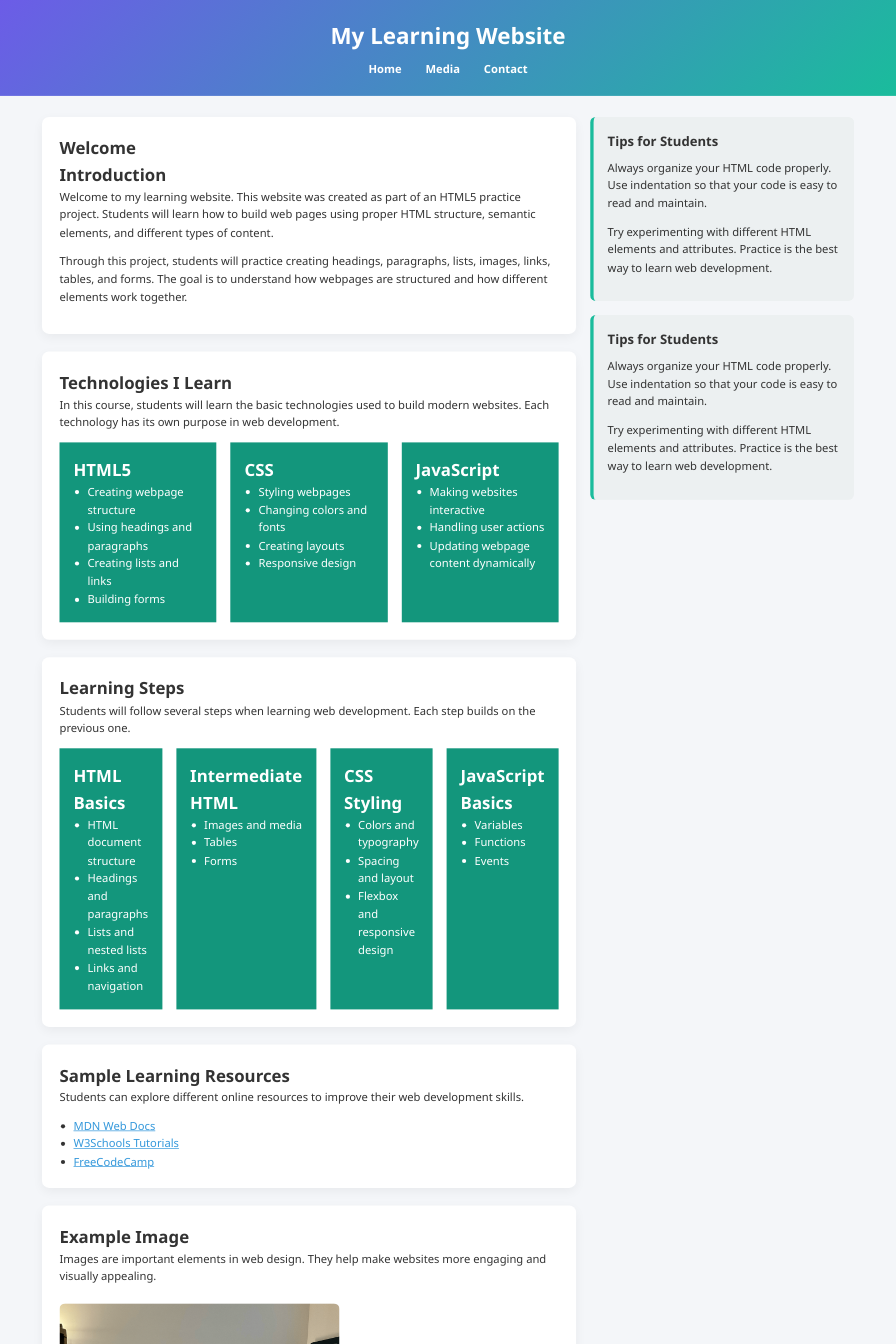
Repository: Than-sothearak/web_client_programing
Page: Week_03/index.html
These files come from the project's save history. The page is drawn as it stood at one moment and after the next save; the edit follows.
The browser window is 1280 px wide. The pictures show the part of the page from y = 0 to 1920 px (the page is 2722 px tall), at 70% of full size.

Above is the page before, as saved 2026-03-24 22:06:01.

### Week_03/index.html
<!doctype html>
<html lang="en">
  <head>
    <meta charset="UTF-8" />
    <meta name="viewport" content="width=device-width, initial-scale=1.0" />
    <title>Week 3</title>
    <link rel="stylesheet" href="styles.css" />
  </head>
  <body>
    <header>
      <h1>My Learning Website</h1>

      <nav>
        <ul>
          <li><a href="index.html">Home</a></li>
          <li><a href="gallery.html">Media</a></li>
          <li><a href="contact.html">Contact</a></li>
        </ul>
      </nav>
    </header>

    <main>
      <div>
        <section>
          <h2>Welcome</h2>

          <article>
            <h2>Introduction</h2>
            <p>
              Welcome to my learning website. This website was created as part
              of an HTML5 practice project. Students will learn how to build web
              pages using proper HTML structure, semantic elements, and
              different types of content.
            </p>

            <p>
              Through this project, students will practice creating headings,
              paragraphs, lists, images, links, tables, and forms. The goal is
              to understand how webpages are structured and how different
              elements work together.
            </p>
          </article>
        </section>

        <section>
          <h2>Technologies I Learn</h2>

          <p>
            In this course, students will learn the basic technologies used to
            build modern websites. Each technology has its own purpose in web
            development.
          </p>

          <ul class="card-container">
            <li class="card">
              <h2>HTML5</h2>
              <ul>
                <li>Creating webpage structure</li>
                <li>Using headings and paragraphs</li>
                <li>Creating lists and links</li>
                <li>Building forms</li>
              </ul>
            </li>

            <li class="card">
              <h2>CSS</h2>
              <ul>
                <li>Styling webpages</li>
                <li>Changing colors and fonts</li>
                <li>Creating layouts</li>
                <li>Responsive design</li>
              </ul>
            </li>

            <li class="card">
              <h2>JavaScript</h2>
              <ul>
                <li>Making websites interactive</li>
                <li>Handling user actions</li>
                <li>Updating webpage content dynamically</li>
              </ul>
            </li>
          </ul>
        </section>

        <section>
          <h2>Learning Steps</h2>

          <p>
            Students will follow several steps when learning web development.
            Each step builds on the previous one.
          </p>

          <ol class="card-container">
            <li class="card">
              <h2>HTML Basics</h2>
              <ul>
                <li>HTML document structure</li>
                <li>Headings and paragraphs</li>
                <li>Lists and nested lists</li>
                <li>Links and navigation</li>
              </ul>
            </li>

            <li class="card">
              <h2>Intermediate HTML</h2>
              <ul>
                <li>Images and media</li>
                <li>Tables</li>
                <li>Forms</li>
              </ul>
            </li>

            <li class="card">
              <h2>CSS Styling</h2>
              <ul>
                <li>Colors and typography</li>
                <li>Spacing and layout</li>
                <li>Flexbox and responsive design</li>
              </ul>
            </li>

            <li class="card">
              <h2>JavaScript Basics</h2>
              <ul>
                <li>Variables</li>
                <li>Functions</li>
                <li>Events</li>
              </ul>
            </li>
          </ol>
        </section>

        <section>
          <h2>Sample Learning Resources</h2>

          <p>
            Students can explore different online resources to improve their web
            development skills.
          </p>

          <ul>
            <li>
              <a href="https://developer.mozilla.org" target="_blank">
                MDN Web Docs
              </a>
            </li>

            <li>
              <a href="https://www.w3schools.com" target="_blank">
                W3Schools Tutorials
              </a>
            </li>

            <li>
              <a href="https://www.freecodecamp.org" target="_blank">
                FreeCodeCamp
              </a>
            </li>
          </ul>
        </section>

        <section>
          <h2>Example Image</h2>

          <p>
            Images are important elements in web design. They help make websites
            more engaging and visually appealing.
          </p>

          <img src="../images/computer.png" alt="Computer setup" width="400" />
        </section>

        <section>
          <h2>Example Table</h2>

          <p>
            Tables are useful for displaying structured information such as
            schedules, scores, or product lists.
          </p>

          <table>
            <tr>
              <th>Topic</th>
              <th>Description</th>
              <th>Difficulty</th>
            </tr>

            <tr>
              <td>HTML</td>
              <td>Structure of webpages</td>
              <td>Beginner</td>
            </tr>

            <tr>
              <td>CSS</td>
              <td>Styling webpages</td>
              <td>Beginner</td>
            </tr>

            <tr>
              <td>JavaScript</td>
              <td>Web interactivity</td>
              <td>Intermediate</td>
            </tr>
          </table>
        </section>
      </div>

      <aside>
        <div class="aside-card">
          <h3>Tips for Students</h3>

          <p>
            Always organize your HTML code properly. Use indentation so that
            your code is easy to read and maintain.
          </p>

          <p>
            Try experimenting with different HTML elements and attributes.
            Practice is the best way to learn web development.
          </p>
        </div>

        <div class="aside-card">
          <h3>Tips for Students</h3>

          <p>
            Always organize your HTML code properly. Use indentation so that
            your code is easy to read and maintain.
          </p>

          <p>
            Try experimenting with different HTML elements and attributes.
            Practice is the best way to learn web development.
          </p>
        </div>
      </aside>
    </main>
    <footer>
      <p>© 2026 Student Learning Website</p>
    </footer>
  </body>
</html>

### Week_03/styles.css
/* Reset basic spacing */

/* Reset */

* {
  margin: 0;
  padding: 0;
  box-sizing: border-box;
}

/* Body */

body {
  font-family: "Segoe UI", Arial, sans-serif;
  background: #f4f6f9;
  color: #333;
  line-height: 1.6;
}


/* Header */

header {
  background: linear-gradient(135deg, #6c5ce7, #1abc9c);
  color: white;
  padding: 25px 20px;
  text-align: center;
}

/* Navigation */

nav ul {
  list-style: none;
  margin-top: 10px;
}

nav ul li {
  display: inline-block;
  margin: 0 15px;
}

nav a {
  color: white;
  text-decoration: none;
  font-weight: 600;
  transition: 0.3s;
}

nav a:hover {
  color: #1abc9c;
}

/* Main container */

main {
  display: flex;
   max-width: 1200px;
   gap: 20px;
  margin: auto;
  padding: 30px 20px;
}


/* Section cards */

section {
  background: white;
  padding: 25px;
  margin-bottom: 25px;
  border-radius: 10px;
  box-shadow: 0 5px 15px rgba(0, 0, 0, 0.05);
}

/* Headings */

h1 {
  font-size: 32px;
  margin-bottom: 10px;
}

h3 {
  margin-bottom: 10px;
}

/* Paragraph */

p {
  margin-bottom: 15px;
}

/* Lists */

.card-container {
  display: flex;
  gap: 20px;
  list-style: none;
}

.card-container li {
  margin-left: 0px;
}

.card {
  padding: 20px;
  color: white;
  width: 100%;
  background-color: #13967c;
}
.card li {
  margin-left: 20px;
}

li {
  margin-left: 20px;
  list-style: disc;
}

/* Links */

a {
  color: #3498db;
}

a:hover {
  text-decoration: underline;
}

/* Image styling */

img {
  max-width: 100%;
  height: auto;
  border-radius: 8px;
  margin-top: 10px;
}

/* Table */

table {
  width: 100%;
  border-collapse: collapse;
  margin-top: 10px;
}

th,
td {
  padding: 12px;
  text-align: left;
  border-bottom: 1px solid #ddd;
}

th {
  background: #1abc9c;
  color: white;
}

tr:hover {
  background: #f1f1f1;
}

/* Aside */

aside {
display: flex;
flex-direction: column;
gap: 20px;
}

.aside-card {
  background: #ecf0f1;
  padding: 20px;
  border-left: 5px solid #1abc9c;
  border-radius: 8px;

}


/* Footer */

footer {
  text-align: center;
  background: #1abc9c;
  color: white;
  padding: 15px;
  margin-top: 20px;
}

/* Responsive Design */

@media (max-width: 768px) {
  nav ul li {
    display: block;
    margin: 10px 0;
  }

  main {
    padding: 20px 15px;
  }

  h1 {
    font-size: 26px;
  }
}

.images-gallery {
  width: 100%;
  display: flex;
  flex-wrap: wrap;
  gap: 20px;
}

.images-gallery figure {
  flex: 1 1 calc(50% - 20px);
}

.images-gallery img {
  width: 100%;
  height: auto;
}

figcaption {
  margin-top: 8px;
  font-size: 14px;
  color: #555;
}

@media (max-width: 768px) {
  .images-gallery {
    flex-direction: column;
    align-items: center;
  }
}

After the next save:
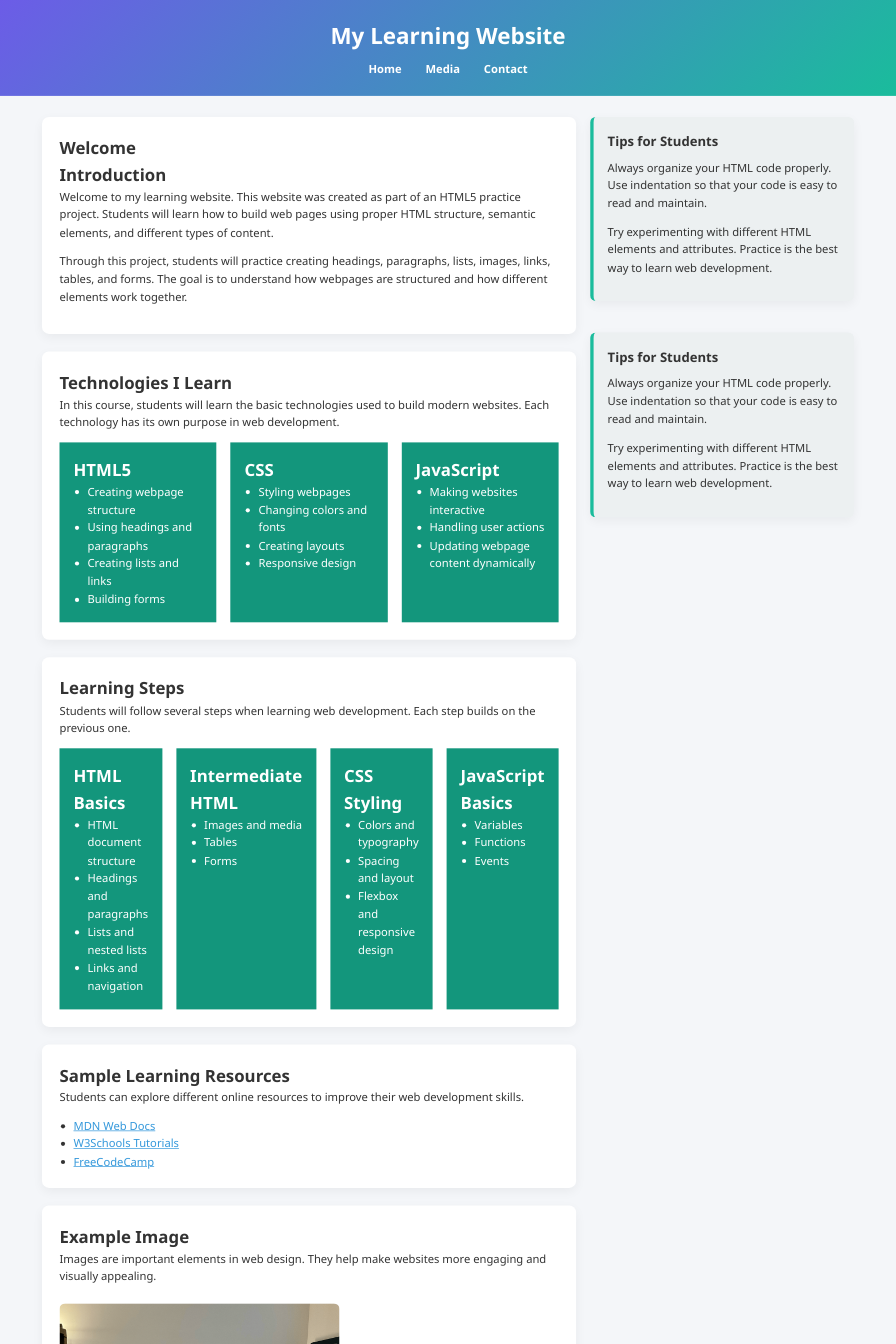
Saved 46 s later.
--- a/Week_03/index.html
+++ b/Week_03/index.html
@@ -208,7 +208,7 @@
       </div>
 
       <aside>
-        <div class="aside-card">
+        <section class="aside-card">
           <h3>Tips for Students</h3>
 
           <p>
@@ -220,9 +220,9 @@
             Try experimenting with different HTML elements and attributes.
             Practice is the best way to learn web development.
           </p>
-        </div>
-
-        <div class="aside-card">
+        </section>
+
+        <section class="aside-card">
           <h3>Tips for Students</h3>
 
           <p>
@@ -234,7 +234,7 @@
             Try experimenting with different HTML elements and attributes.
             Practice is the best way to learn web development.
           </p>
-        </div>
+        </section>
       </aside>
     </main>
     <footer>
